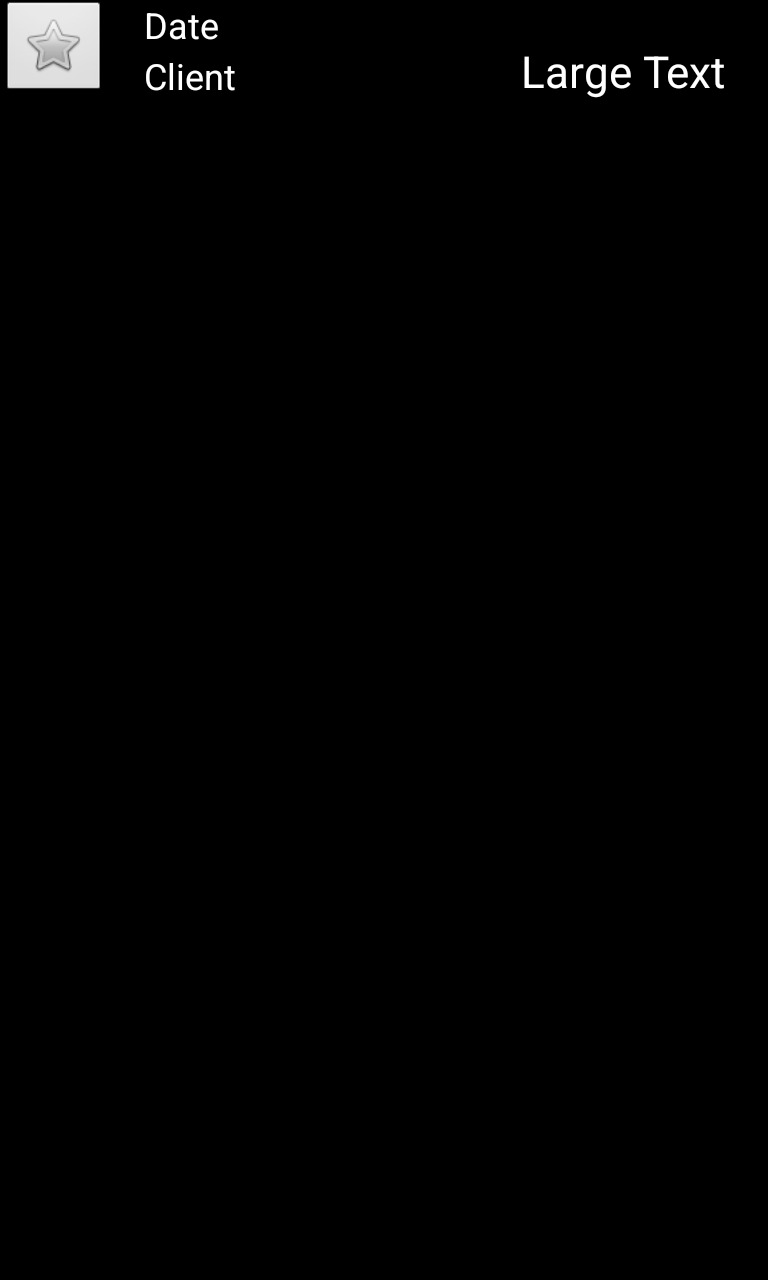
Repository: codingricky/android-expense-it
Layout: expenseit/res/layout/receiptlistrow.xml
These files come from the project's save history. The layout is drawn as it stood at one moment and after the next save; the edit follows.
It is drawn on a 768 x 1280 px phone screen (xhdpi) without system bars, with theme android:Theme; the app's code is not run.

Above is the layout before, as saved 2012-05-01 21:06:54.

After the next save:
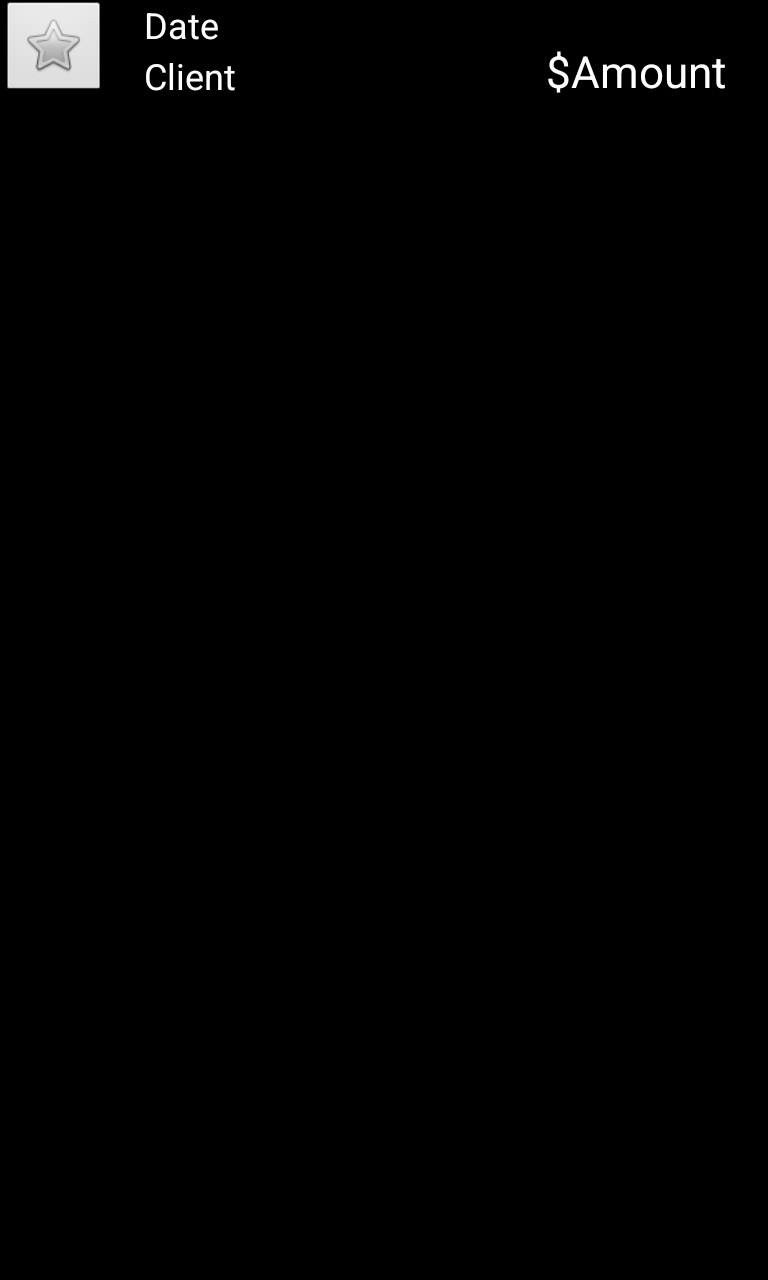
Saved 5 s later.
--- a/expenseit/res/layout/receiptlistrow.xml
+++ b/expenseit/res/layout/receiptlistrow.xml
@@ -38,7 +38,7 @@
             android:layout_alignBottom="@+id/clientReceiptRow"
             android:layout_alignParentRight="true"
             android:layout_marginRight="21dp"
-            android:text="Large Text"
+            android:text="$Amount"
             android:textAppearance="?android:attr/textAppearanceLarge" />
 
     </RelativeLayout>
